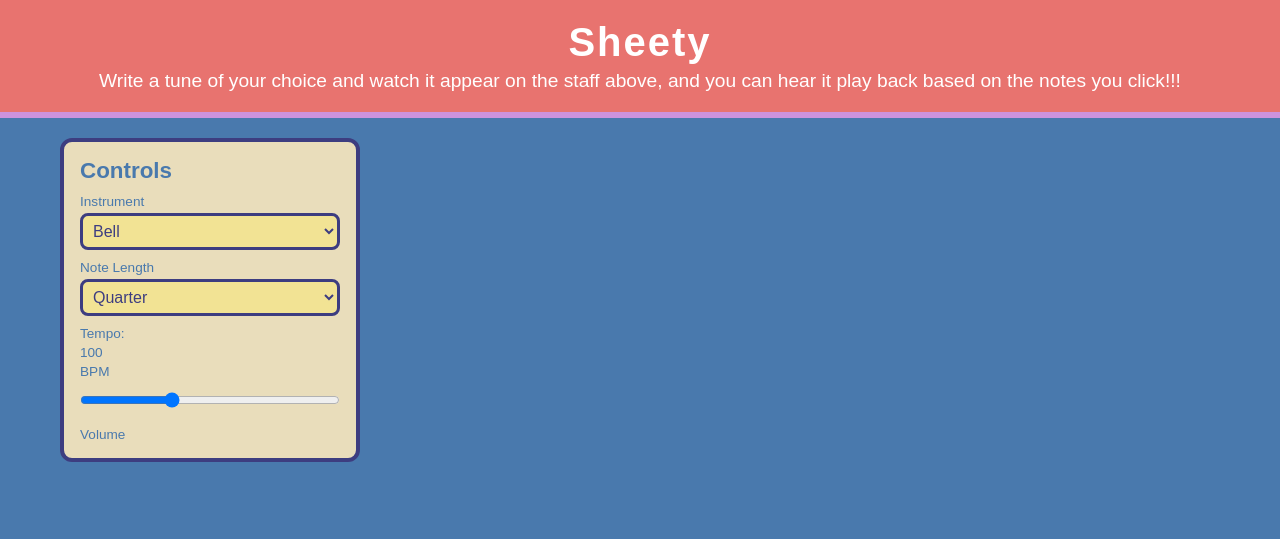
Repository: manayparikh1/sheety
Page: index.html
An editor plug-in stored every save of this project. The page is shown before and after the next save, followed by the edit.
The browser window is 1280 px wide. The pictures show the whole page.

Above is the page before, as saved 2026-08-23 00:14:33.

### index.html
<!DOCTYPE html>
<html lang="en">

<head>
    <meta charset="UTF-8">
    <title>Sheety</title>
    <style>
        * {
            margin: 0;
            padding: 0;
            box-sizing: border-box;
        }

        :root {
            --cream: #e9ddbb;
            --paper: #ffffff;
            --navy: #3d3d80;
            --red: #e8736f;
            --blue: #4979ad;
            --green: #8dc68b;
            --yellow: #f2e394;
            --orange: #f2ae72;
            --purple: #cd93dd;
            --grey: #a9a9a9;
            --black-key: #494646;
            --line-black: #222222;
        }

        html,
        body {
            background-color: var(--blue);
            font-family: "Comic Neue", "Architects Daughter", "Patrick Hand", "Chalkboard SE", cursive, sans-serif;
            color: var(--paper);
            min-height: 100%;
        }

        header {
            background: var(--red);
            color: var(--paper);
            padding: 19.5px;
            text-align: center;
            border-bottom: 6px solid var(--purple);
        }

        header h1 {
            font-size: 2.5rem;
            letter-spacing: 2px;
        }

        header p {
            margin-top: 5.7px;
            font-size: 1.2rem;
        }

        main {
            max-width: 1000px;
            margin: 0 auto;
            padding: 20px;
        }

        section {
            background: var(--cream);
            border: 4px solid var(--navy);
            border-radius: 12px;
            padding: 16px;
            margin-bottom: 20px;
        }

        section h2 {
            color: var(--blue);
            margin-bottom: 10px;
            font-size: 1.4rem;
        }

        .toolbar {
            display: flex;
            flex-wrap: wrap;
            gap: 14px;
            align-items: center;
        }

        .toolbar-group {
            display: flex;
            flex-direction: column;
            gap: 4px;
        }

        .toolbar-group label {
            font-size: 0.85rem;
            color: var(--grey);
        }

        select,
        input[type="range"] {
            font-family: inherit;
            font-size: 1rem;
            padding: 6px;
            border: 3px solid var(--navy);
            border-radius: 8px;
            background: var(--yellow);
            color: var(--navy);
        }

        button {
            font-family: inherit;
            padding: 10px 16px;
            border-radius: 10px;
            background: var(--yellow);
            font-size: 1rem;
            color: var(--navy);
            cursor: pointer;
            border: 3px solid var(--green);
        }

        button:hover {
            background: var(--orange);
            color: var(--green);
            transform: translateY(-2px);
            box-shadow: 0 4px 12px rgba(0, 0, 0, 0.15);
        }

        button:active {
            background: var(--red);
            color: var(--cream)
        }

        button.play-btn {
            background: var(--green);
            color: var(--cream);
        }

        button.play-btn:hover {
            background: var(--navy);
            transform: translateY(-2px);
            box-shadow: 0 4px 12px rgba(0, 0, 0, 0.15);
        }

        button.stop-btn {
            background: var(--red);
            color: var(--paper);
        }

        button.stop-btn:hover {
            background: var(--navy);
            transform: translateY(-2px);
            box-shadow: 0 4px 12px rgba(0, 0, 0, 0.15);
        }

        button.small {
            padding: 6px 10px;
            font-size: 0.85rem;
        }

        #staffWrap {
            overflow-x: auto;
            border: 3px dashed var(--grey);
            border-radius: 8px;
            padding: 10px;
            background: var(--paper);
        }

        svg#staffSvg {
            background: var(--cream);
            display: block;
        }

        .staff-line {
            stroke: var(--line-black);
            stroke-width: 2;
        }

        .bar-line {
            stroke: var(--grey);
            stroke-width: 2;
        }

        .note-head {
            fill: var(--navy);
            stroke: var(--navy);
            stroke-width: 1;
        }

        .note-head.playing {
            fill: var(--red);
            stroke: var(--red);
        }

        .note-stem {
            stroke: var(--navy);
            stroke-width: 2;
        }

        .rest-mark {
            fill: var(--grey);
        }

        .ledger-line {
            stroke: var(--line-black);
            stroke-width: 2;
        }

        .note-label {
            font-size: 10px;
            fill: var(--blue);
            font-family: "Comic Sans MS", cursive, sans-serif;
        }

        .clef-text {
            font-size: 40px;
            fill: var(--navy);
        }

        #piano {
            display: flex;
            justify-content: center;
            padding: 20px 0;
            gap: 2px;
        }

        .white-key {
            width: 44px;
            height: 150px;
            background: var(--paper);
            border: 3px solid var(--purple);
            border-radius: 0 0 8px 8px;
            cursor: pointer;
            display: flex;
            flex-direction: column;
            align-items: center;
            justify-content: flex-end;
            padding-bottom: 8px;
            font-size: 0.75rem;
            color: var(--grey);
            user-select: none;
        }

        .white-key .pitch-label {
            font-size: 0.75rem;
            color: var(--grey);
        }

        .white-key .key-hint {
            margin-top: 4px;
            width: 22px;
            height: 22px;
            line-height: 22px;
            text-align: center;
            border: 2px solid var(--navy);
            border-radius: 6px;
            background: var(--cream);
            color: var(--navy);
            font-size: 0.75rem;
            font-weight: bold;
        }

        .white-key.pressed .key-hint {
            background: var(--green);
            color: var(--cream);
        }

        #keyboardHint {
            margin-top: 4px;
            font-size: 0.85rem;
            color: var(--grey);
            text-align: center
        }

        .white-key:hover {
            background: var(--yellow);
            transform: translateY(-2px);
            box-shadow: 0 4px 12px rgba(0, 0, 0, 0.15);
        }

        .white-key:active,
        .white-key.pressed {
            background: var(--orange);
            color: var(--cream);
        }

        footer {
            text-align: center;
            padding: 20px;
            color: var(--grey);
            font-size: 0.85rem;
        }

        #statusMsg {
            margin-top: 10px;
            font-size: 0.9rem;
            color: var(--green);
            min-height: 20px;
        }

        main {
            max-width: 1200px;
            display: grid;
            grid-template-columns: 300px 1fr;
            gap: 20px;
            align-items: start;
        }

        .controls {
            position: sticky;
            top: 20px;
        }

        @media (max-width: 900px) {
            main {
                grid-template-columns: 1fr;
            }

            .controls {
                position: static;
            }
        }

        .grid2 {
            display: grid;
            gap: 10px;
        }

        .grid2 label {
            display: flex;
            flex-direction: column;
            gap: 4px;
            font-size: 0.85rem;
            color: var(--blue);
        }

        .grid2 label.check {
            flex-direction: row;
            align-items: center;
            gap: 8px;
        }

        .grid2 select,
        .grid2 input[type=range] {
            width: 100%;
        }

        .btns {
            display: flex;
            flex-wrap: wrap;
            gap: 8px;
            margin-top: 14px;
        }

        .btns button {
            flex: 1 1 auto;
        }

        .hollow {
            fill: var(--paper);
            stroke-width: 2.5;
        }

        .playing {
            fill: var(--red) !important;
            stroke: var(--red);
        }

        .note-head,
        .rest-mark {
            cursor: pointer;
        }
    </style>
</head>

<body>
    <header>
        <h1>Sheety</h1>
        <p>Write a tune of your choice and watch it appear on the staff above, and you can hear it play back based on
            the notes you click!!!</p>
    </header>
    <main>
        <section class="controls">
            <h2>Controls</h2>
            <div class="grid2">
                <label>Instrument
                    <select id="wave">
                        <option value="sine">Bell</option>
                        <option value="triangle">Flute-ish</option>
                        <option value="square">Robot</option>
                        <option value="sawtooth">Buzzy</option>
                    </select>
                </label>
                <label>Note Length
                    <select id="dur">
                        <option value="w">Whole</option>
                        <option value="h">Half</option>
                        <option value="q" selected>Quarter</option>
                        <option value="e">Eigth</option>
                    </select>
                </label>
                <label>Tempo: <span id="bpmOut">100</span> BPM
                    <input type="range" id="bpm" min="40" max="220" value="100">
                </label>
                <label>Volume

                </label>
            </div>
        </section>
    </main>

After the next save:
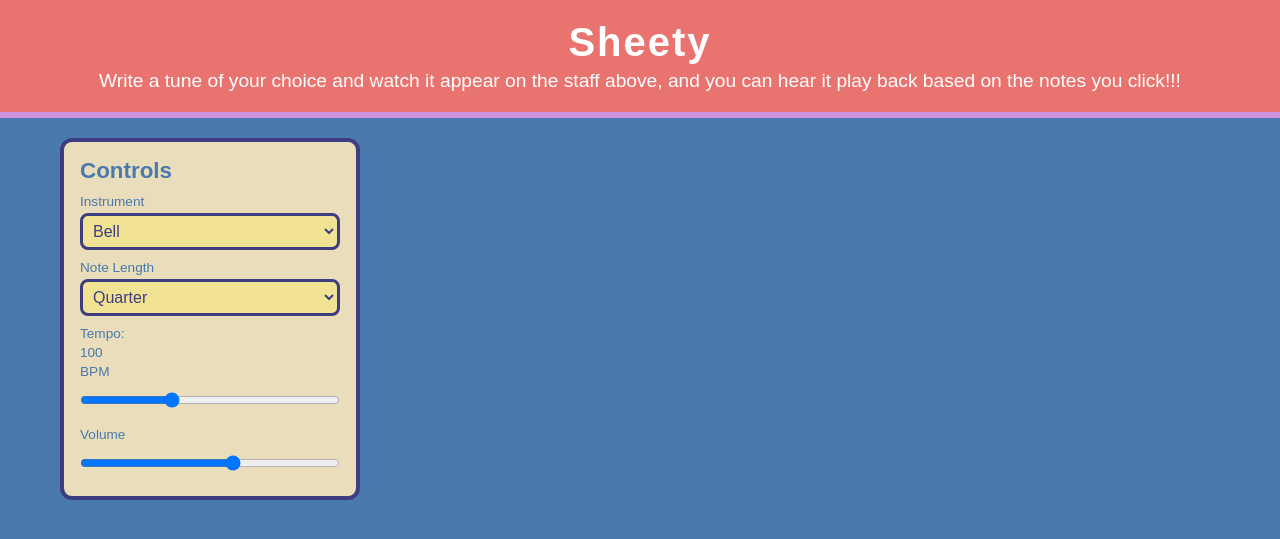
Saved 52 s later.
--- a/index.html
+++ b/index.html
@@ -396,8 +396,9 @@
                     <input type="range" id="bpm" min="40" max="220" value="100">
                 </label>
                 <label>Volume
-
+                    <input type="range" id="vol" min="0" max="100" value="60">
                 </label>
+
             </div>
         </section>
     </main>
